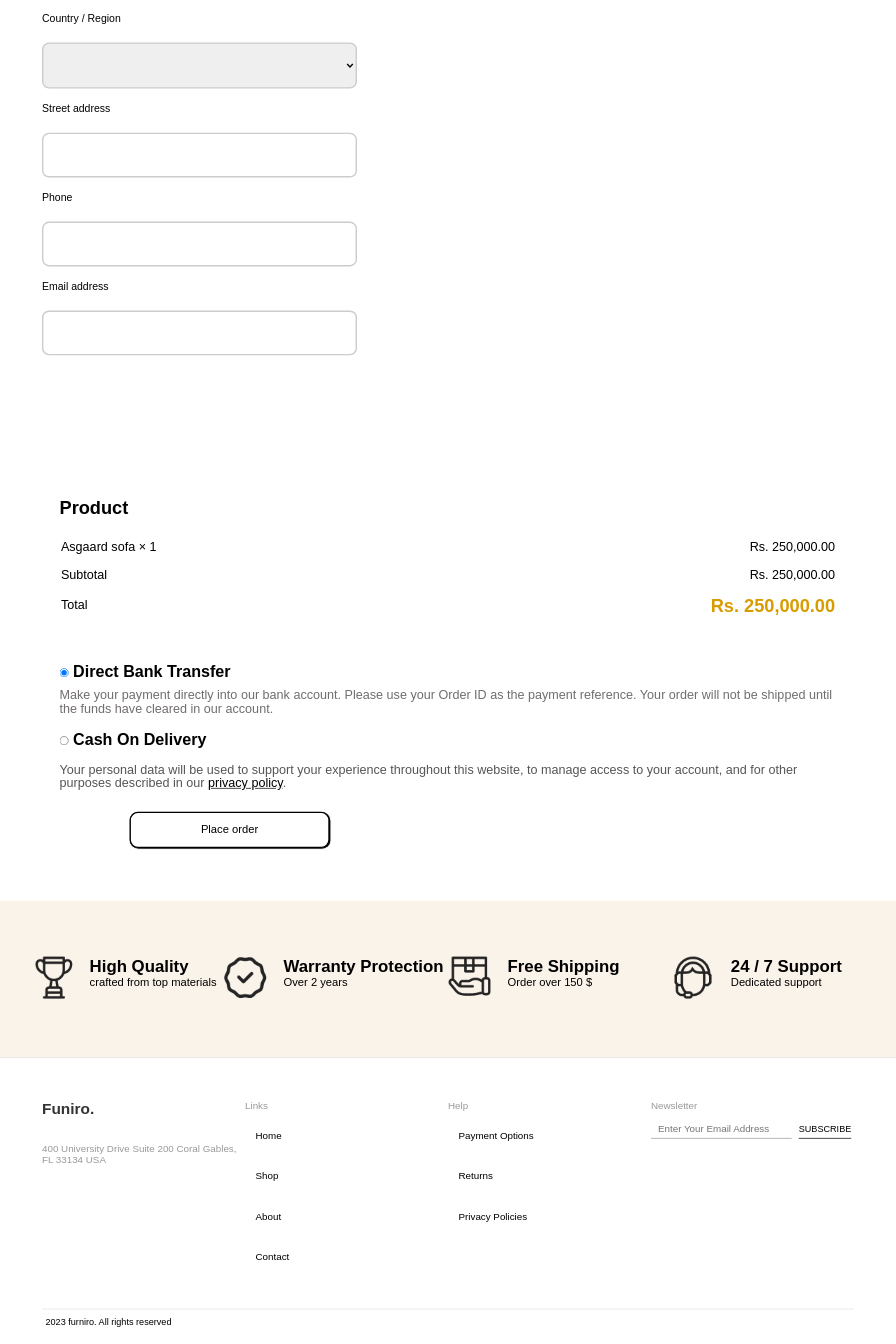
Repository: Ali1Kh/Furniro-ITI
Page: pages/checkout.html
These files come from the project's save history. The page is drawn as it stood at one moment and after the next save; the edit follows.
The browser window is 1280 px wide. The pictures show the part of the page from y = 832 to 2752 px (the page is 2752 px tall before and 2709 px after), at 70% of full size.

Above is the page before, as saved 2025-07-19 20:33:55.

After the next save:
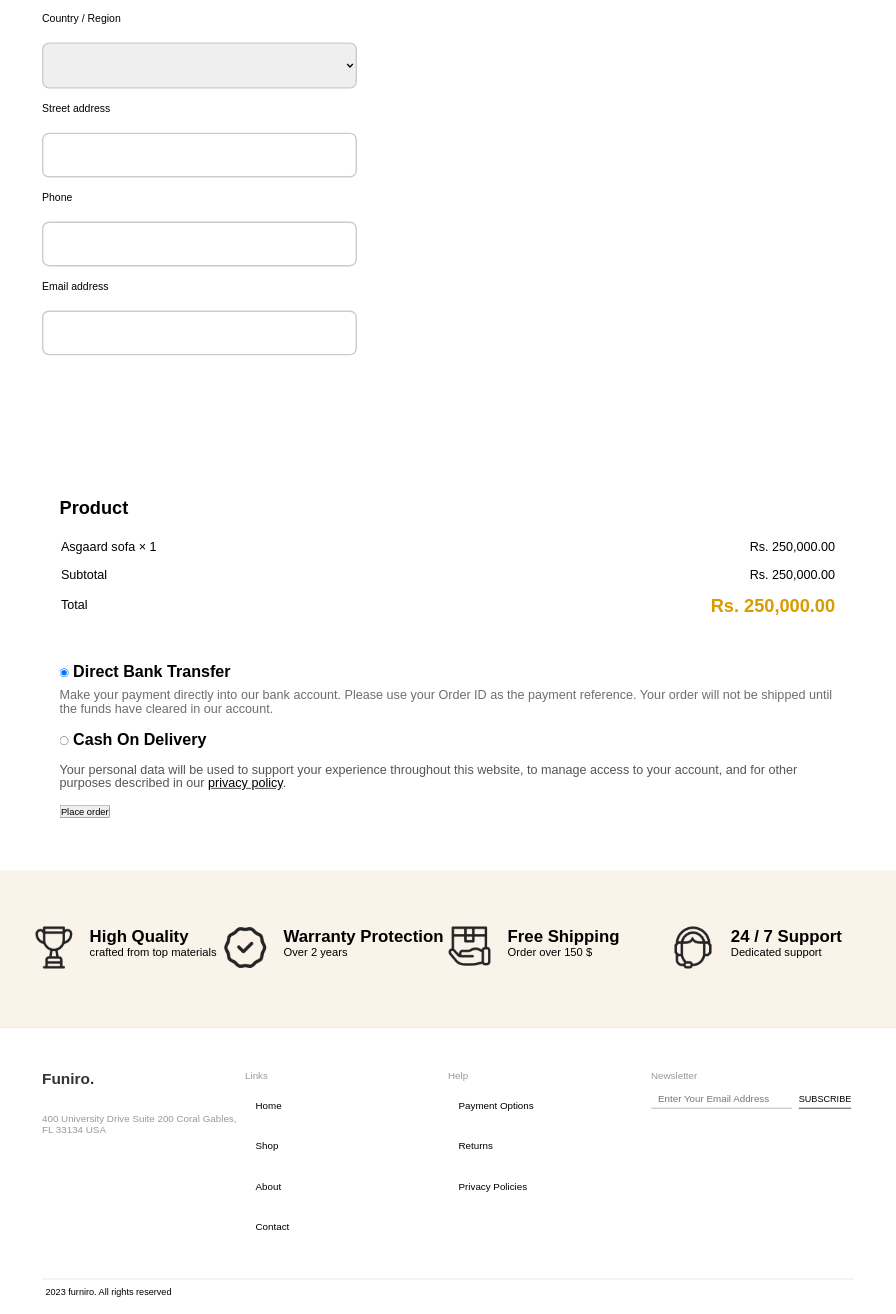
Saved 7 min 30 s later.
--- a/styles/checkout.css
+++ b/styles/checkout.css
@@ -221,7 +221,7 @@ form select {
   color: black;
 }
 
-.btn {
+/* .btn {
   padding: 15px 100px;
   background: #fff;
   border: 2px solid black;
@@ -231,7 +231,7 @@ form select {
   margin-left: 100px;
   margin-top: 10px;
   box-shadow: 1px 1px 1px black;
-}
+} */
 
 .btn:hover {
   background-color: #babd8e;
